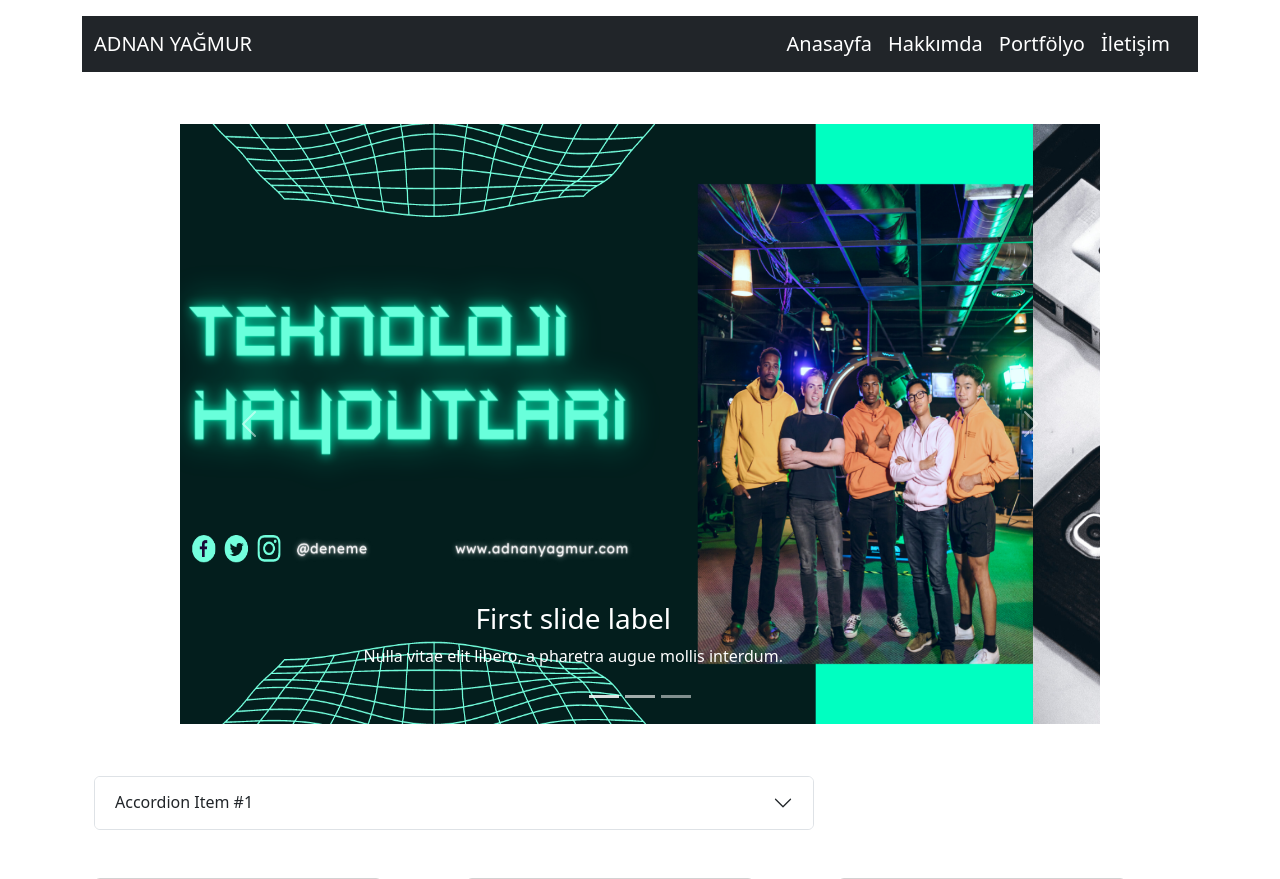
Repository: adnanyagmur/react-bootstrap-example
Page: /
An editor plug-in stored every save of this project. The page is shown before and after a run of saves, followed by the edit.
The browser window is 1280 px wide. The pictures show the part of the page from y = 0 to 879 px (the page is 1906 px tall before and 1938 px after).
Pictures or frames that could not be fetched are drawn as grey boxes. The project was rebuilt for these pictures with package versions that can differ from the ones it lists, and the page was loaded fresh each time.

Above is the page before, as saved 2022-06-29 12:06:41.

After the next 2 saves:
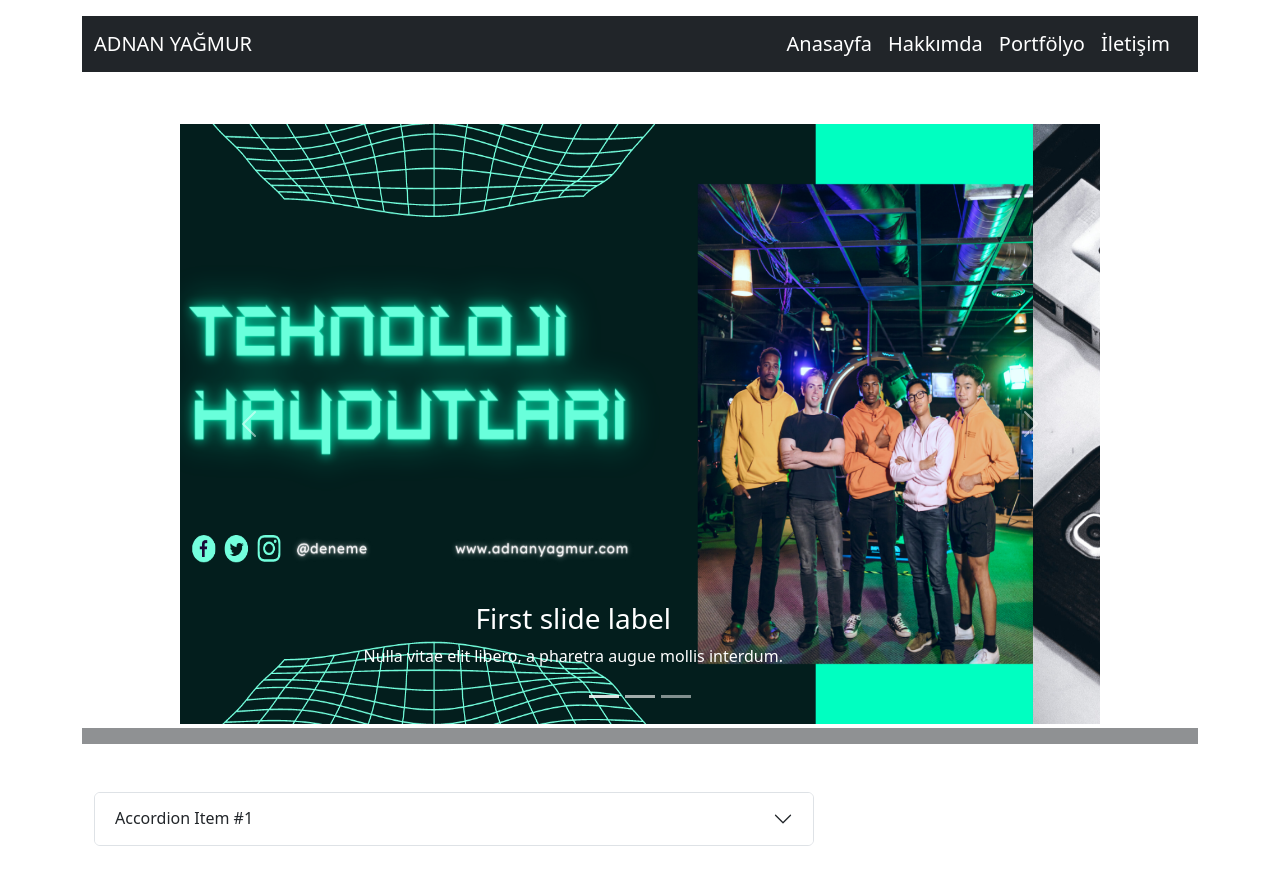
The 2 saves are shown as one change because 1 did not build or start.
The last was saved 3 min 47 s later.
--- a/src/appComponents/AppContainer.jsx
+++ b/src/appComponents/AppContainer.jsx
@@ -1,9 +1,12 @@
-import {Accordion,Container,Card,Button, Row, Col} from "react-bootstrap"
+import {Placeholder,Accordion,Container,Card,Button, Row, Col} from "react-bootstrap"
 
 const AppContainer = () => {
 
     return (
        <Container>
+        <Row>
+        <Placeholder xs={12} bg="dark" />
+        </Row>
         <Row>
         <Col sm={8}>
     <Accordion className="pt-5 pb-5">
@@ -26,6 +29,9 @@ const AppContainer = () => {
 
         </Col>
 
+        </Row>
+        <Row>
+        <Placeholder xs={12} bg="dark" />
         </Row>
         <Row className="pb-5">
             <Col><Card style={{ width: '18rem' }}>
